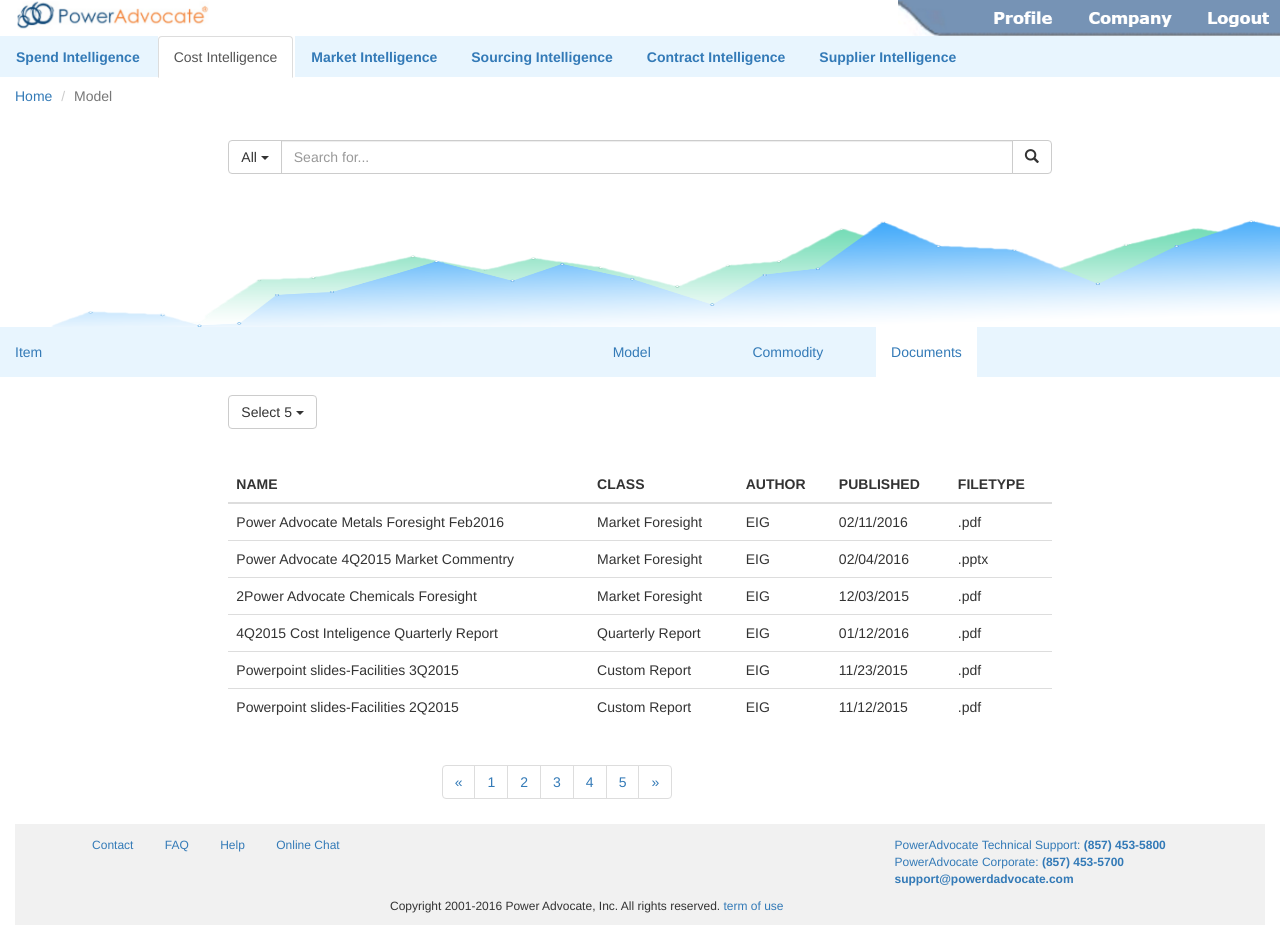
Repository: SamiraMansouri/PowerAdvocate-CostIntelligence-Application-new-Design-using-UserExperience-Method-
Page: http://localhost/PowerAdvocate/WEB-INF/views/Documents.jsp
An editor plug-in stored every save of this project. The page is shown before and after the next save, followed by the edit.
The browser window is 1280 px wide. The pictures show the whole page.
The page is served by Tomcat 9. Nobody is signed in. Other server files are loaded and not shown. The template is opened directly, without the code that normally fills it, so the values that code supplies are empty.

Above is the page before, as saved 2016-04-25 05:53:34.

### PowerAdvocate-Prototype/PowerAdvocate/src/main/webapp/WEB-INF/views/Documents.jsp
<!DOCTYPE html>
<html lang="en">
<head>
<title>Documents</title>
<meta charset="utf-8">
<meta name="viewport" content="width=device-width, initial-scale=1">
<link rel="stylesheet"
	href="http://maxcdn.bootstrapcdn.com/bootstrap/3.3.6/css/bootstrap.min.css">
<script
	src="https://ajax.googleapis.com/ajax/libs/jquery/1.12.0/jquery.min.js"></script>
<script
	src="http://maxcdn.bootstrapcdn.com/bootstrap/3.3.6/js/bootstrap.min.js"></script>
</head>
<style>
.nav .navbar-nav>li>a:hover, .navbar-default .navbar-nav>li>a:focus {
	color: #ffff; /*Sets the text hover color on navbar*/
}

.nav .nav-tabs>.active>a, .nav .nav-tabs>.active>a:hover, .nav .nav-tabs>.active>a:focus
	{
	color: black; /*BACKGROUND color for active*/
	background-color: red;
}

.nav {
	background-color: #e8f5fe;
	border-color: white;
}

.nav>li>a:hover, .nav>li>a:focus {
	text-decoration: none;
	background-color: silver; /*Change rollover cell color here*/
}

.navbar-default .navbar-nav>li>a {
	color: white; /*Change active text color here*/
}

.top-buffer {
	margin-top: 3%;
}

.nav .nav-tabs {
	display: inline-block;
	float: none;
	vertical-align: top;
}

.nav .navbar-collapse {
	text-align: center;
}

#bs-example-navbar-collapse-1 {
	padding: 0;
}

lineblue {
	border-bottom: 5pt solid black;
}

.navbar-nav {
	width: 100%;
	text-align: center; > li { float : none;
	display: inline-block;
}

}
.active {
	background-color: #fff;
}

.btn-warning.btn-outline {
	color: #f0ad4e;
}

.btn-warning.btn-outline:hover {
	color: #fff;
}

.btn-outline {
	background-color: transparent;
	color: inherit;
	transition: all .5s;
}

.footer {
	background-color: #F1F1F1;
	padding-top: 1%;
	font-size: 12px;
}

#col1 li {
	display: inline;
	text-decoration: none;
	padding-left: 5%;
}

#col1 ul {
	padding-left: 0;
}

#col2 li {
	text-decoration: none;
	padding-left: 35%;
	list-style-type: none;
}
.image
{
padding-right:0;

}
ul.nav a:hover { background-color: #e8f5fe; font-weight:bold; !important; }
</style>
<body>

	<div class="container-fluid">
		<div class="row">
			<div class="col-md-4 ">
				<img src="resources/img/pa.png" alt="logo"
					style="width: 50%; height: 30%;">
			</div>
			<div class="col-md-8 image">
				<span class="pull-right "> <img src="resources/img/menu.png"
					class="pull-right " alt="logo" style="width: 60%; height: 30%;">
				</span>
			</div>
		</div>

		<!--end of row-->
		<div class="row">
			<ul class="nav nav-tabs">
				<li role="presentation"><a href="#"><b>Spend
							Intelligence</b></a></li>
				<li role="presentation" class="active"><a href="#">Cost
						Intelligence</a></li>
				<li role="presentation"><a href="#"><b>Market
							Intelligence</b></a></li>
				<li role="presentation"><a href="#"><b>Sourcing
							Intelligence</b></a></li>
				<li role="presentation"><a href="#"><b>Contract
							Intelligence</b></a></li>
				<li role="presentation"><a href="#"><b>Supplier
							Intelligence</b></a></li>
			</ul>
		</div>
		<!--end of row-->

		<div class="row">
			<ol class="breadcrumb"
				style="margin-bottom: 2%; background-color: #fff;">
				<li><a href="/prototype/home">Home</a></li>
				<li class="active">Model</li>
			</ol>
		</div>
		<!-- bread crumb -->

		<div class="row">
			<div class="col-lg-2"></div>
			<div class="col-lg-8">
				<div class="input-group">
					<div class="input-group-btn">
						<button type="button" class="btn btn-default dropdown-toggle"
							data-toggle="dropdown" aria-haspopup="true" aria-expanded="false">
							All <span class="caret"></span>
						</button>
						<ul class="dropdown-menu">
							<li><a href="#">All</a></li>
							<li role="separator" class="divider"></li>
							<li><a href="#">Model</a></li>
							<li><a href="#">Item</a></li>
							<li><a href="#">Commodity</a></li>
						</ul>
					</div>
					<!-- btn-group -->

					<input type="text" class="form-control" placeholder="Search for..." />
					<span class="input-group-btn">
						<button class="btn btn-default" type="button">
							<span class="glyphicon glyphicon-search" aria-hidden="true"></span>
						</button>
					</span>
				</div>
				<!-- /input-group -->
			</div>
			<!-- lg-8 -->
			<div class="col-lg-2"></div>
		</div>
		<!-- /row -->

		<div class="row">
			<div class="col-md-12 image">
				<img  src="resources/img/background_less.png" alt="logo"
					style="width: 100%; height: 115px; margin-top:3%;">
			</div>
		</div>
		<!-- row -->

		<div class="row">
			<div class=" collapse navbar-collapse "
				id="bs-example-navbar-collapse-1">
				<ul class="nav navbar-nav">
				<li><a href="#"></a></li>
				<li><a href="#"></a></li>
				<li><a href="#"></a></li>
				<li><a href="#"></a></li>
				<li><a href="#"></a></li>
				<li><a href="#"></a></li>
				<li><a href="#"></a></li>
				<li><a href="#"></a></li>
					<li ><a href="/prototype/home" >Model</a></li>
									<li><a href="#"></a></li>
					<li class="pull-left"><a href="/prototype/Item">Item</a></li>
									<li><a href="#"></a></li>
					<li><a href="/prototype/Commodity">Commodity</a></li>
									<li><a href="#"></a></li>
					<li class="active"><a href="#">Documents</a></li>
									<li><a href="#"></a></li>
				</ul>
			</div>
			<!-- /.navbar-collapse -->
		</div>

		 <div class="row " >
    	<div class="col-md-2"></div>
    	<div class="col-md-2">
    		  <div class="dropdown pull-left" style="margin-top:10%;">
  						<button class="btn btn-default dropdown-toggle" type="button" id="dropdownMenu2" data-toggle="dropdown" aria-haspopup="true" aria-expanded="false">
    							Select 5
    						<span class="caret"></span>
  						</button>
  							<ul class="dropdown-menu" aria-labelledby="dropdownMenu2">
    							<li><a href="#">Select 5</a></li>
    							<li><a href="#">Select 10</a></li>
    							<li><a href="#">Select 50</a></li>
    							<li><a href="#">Select 100</a></li>
  							</ul>
			   </div>
    	</div>
    </div>

    <div class="row" style="margin-top:3%;">
    	<div class="col-sm-2"></div>
    	<div class="col-sm-8">
    		<table class="table table-hover">
    					<thead>
      						<tr>
        						<th>NAME</th>
                    <th>CLASS</th>
        						<th>AUTHOR </th>
        						<th>PUBLISHED</th>
                    <th>FILETYPE</th>
      						</tr>
    					</thead>
    					<tbody>
      							<tr>
        							<td>Power Advocate Metals Foresight Feb2016</td>
                      <td>Market Foresight</td>
        							<td>EIG </td>
        							<td>02/11/2016</td>
                      <td>.pdf</td>
      							</tr>
      							<tr>
        							<td>Power Advocate 4Q2015 Market Commentry</td>
                      <td>Market Foresight</td>
        							<td>EIG </td>
        							<td>02/04/2016</td>
                      <td>.pptx</td>
      							</tr>
      							<tr>
        							<td>2Power Advocate Chemicals Foresight </td>
                      <td>Market Foresight</td>
        							<td>EIG </td>
        							<td>12/03/2015</td>
                      <td>.pdf</td>
      							</tr>
      							<tr>
        							<td>4Q2015 Cost Inteligence Quarterly Report</td>
                      <td>Quarterly Report</td>
                      <td>EIG </td>
        							<td>01/12/2016</td>
                      <td>.pdf</td>
      							</tr>
      							<tr>
        							<td>Powerpoint slides-Facilities 3Q2015</td>
                      <td>Custom Report</td>
        							<td>EIG </td>
        							<td>11/23/2015</td>
                      <td>.pdf</td>
      							</tr>
                    <tr>
                      <td>Powerpoint slides-Facilities 2Q2015</td>
                      <td>Custom Report</td>
                      <td>EIG </td>
                      <td>11/12/2015</td>
                      <td>.pdf</td>
                    </tr>
    					</tbody>
    			</table>
    	</div>
    </div>
	<!-- pagination -->
	<div class="row">
		<div class="col-md-2"></div>
		<div class="col-md-2"></div>
		<div class="col-md-8 ">
			<nav>
				<ul class="pagination">
					<li><a href="#" aria-label="Previous"> <span
							aria-hidden="true">&laquo;</span>
					</a></li>
					<li><a href="#">1</a></li>
					<li><a href="#">2</a></li>
					<li><a href="#">3</a></li>
					<li><a href="#">4</a></li>
					<li><a href="#">5</a></li>
					<li><a href="#" aria-label="Next"> <span
							aria-hidden="true">&raquo;</span>
					</a></li>
				</ul>
			</nav>
		</div>
	</div>
	<!--pagination-->
	<!--footer-->
	<div class="footer">
		<div class="row ">
			<div class="col-md-6" id="col1" style="padding-left: 5%;">
				<ul>
					<li><a src="#"> Contact</a></li>
					<li><a src="#"> FAQ </a></li>
					<li><a src="#"> Help</a></li>
					<li><a src="#"> Online Chat</a></li>
				</ul>
			</div>

			<div class="col-md-6" id="col2">
				<ul>
					<li><a src="#"> PowerAdvocate Technical Support:<b> (857)
							453-5800</b></a></li>
					<li><a src="#"> PowerAdvocate Corporate: <b>(857) 453-5700 </b></a></li>
					<li><a src="#"><b>support@powerdadvocate.com</b> </a></li>
				</ul>
			</div>
		</div>
		<div class="row">
			<div class="col-md-12">
				<p style="padding-left: 30%;">
					Copyright 2001-2016 Power Advocate, Inc. All rights reserved.<a
						src="#"> term of use </a>
				</p>
			</div>
		</div>
	</div>
	<!-- end of footer-->


	</div>
</body>
</html>

After the next save:
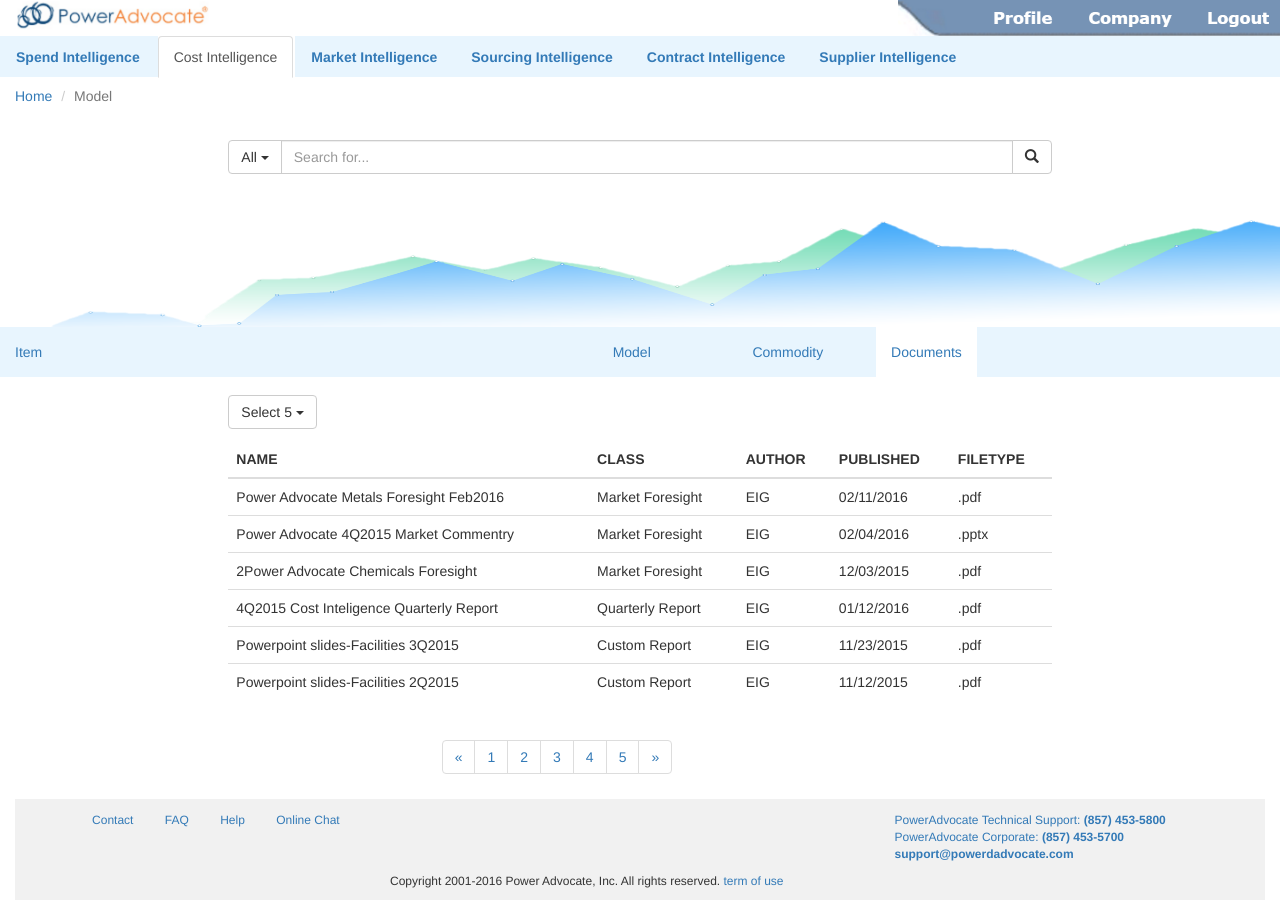
Saved 11 s later.
--- a/PowerAdvocate-Prototype/PowerAdvocate/src/main/webapp/WEB-INF/views/Documents.jsp
+++ b/PowerAdvocate-Prototype/PowerAdvocate/src/main/webapp/WEB-INF/views/Documents.jsp
@@ -238,7 +238,7 @@
     	</div>
     </div>
 
-    <div class="row" style="margin-top:3%;">
+    <div class="row" style="margin-top:1%;">
     	<div class="col-sm-2"></div>
     	<div class="col-sm-8">
     		<table class="table table-hover">
